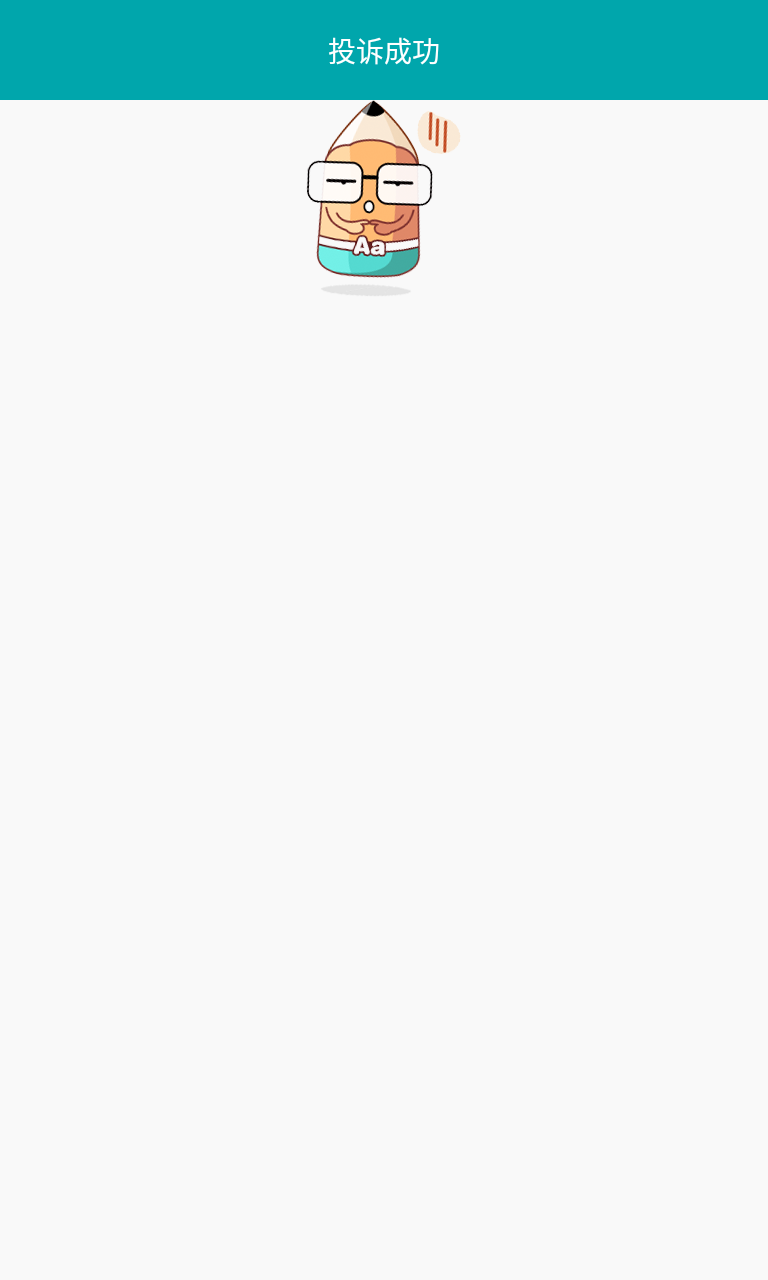
Repository: 2015-Forever/JWD
Layout: Jwd/res/layout/activity_complaint_success.xml
The author's editor kept a copy of each file at every save. The layout is drawn from the files as they stood at one save, then again after the next save.
It is drawn on a 768 x 1280 px phone screen (xhdpi) without system bars, with theme AppTheme; the app's code is not run.

Above is the layout before, as saved 2015-07-16 08:14:21.

After the next save:
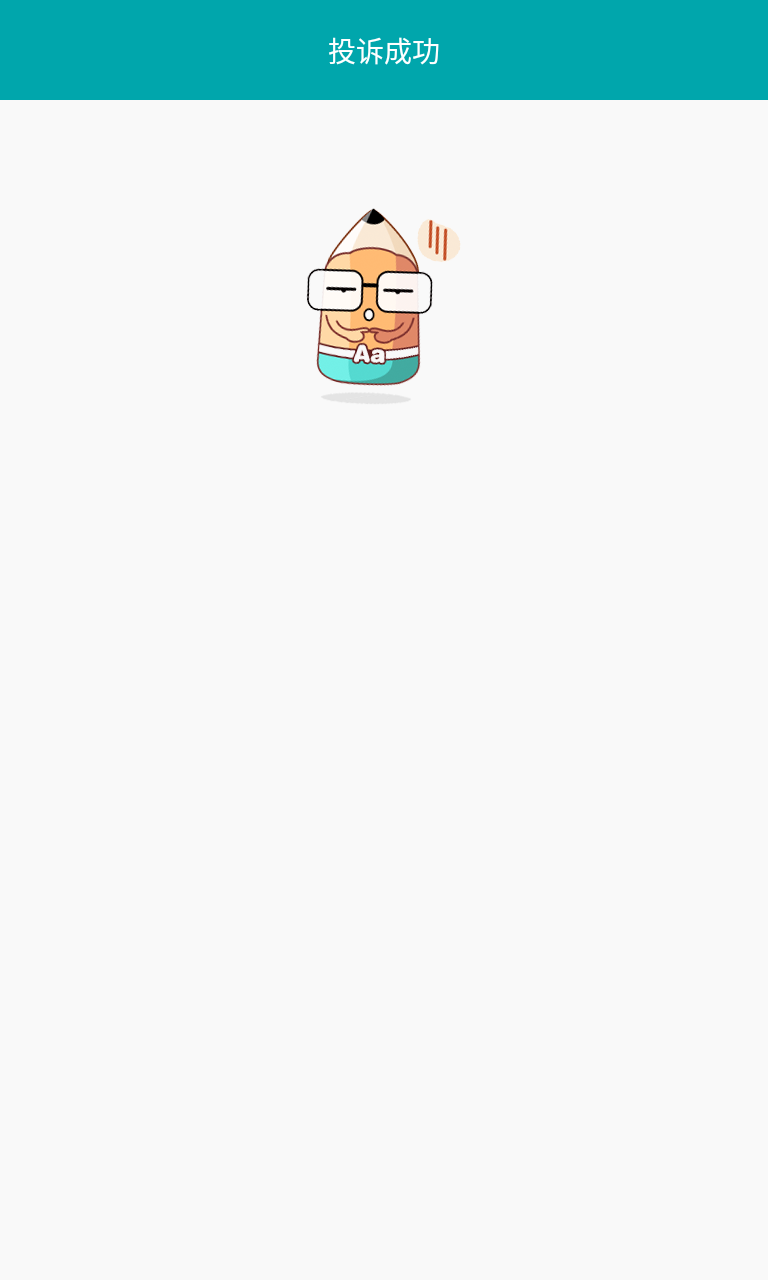
Saved 20 s later.
--- a/Jwd/res/layout/activity_complaint_success.xml
+++ b/Jwd/res/layout/activity_complaint_success.xml
@@ -22,6 +22,7 @@
         android:layout_width="wrap_content"
         android:layout_height="wrap_content"
         android:background="@drawable/complain_icon"
-        android:layout_gravity="center_horizontal"/>
+        android:layout_gravity="center_horizontal"
+        android:layout_marginTop="54dp"/>
 
 </LinearLayout>
